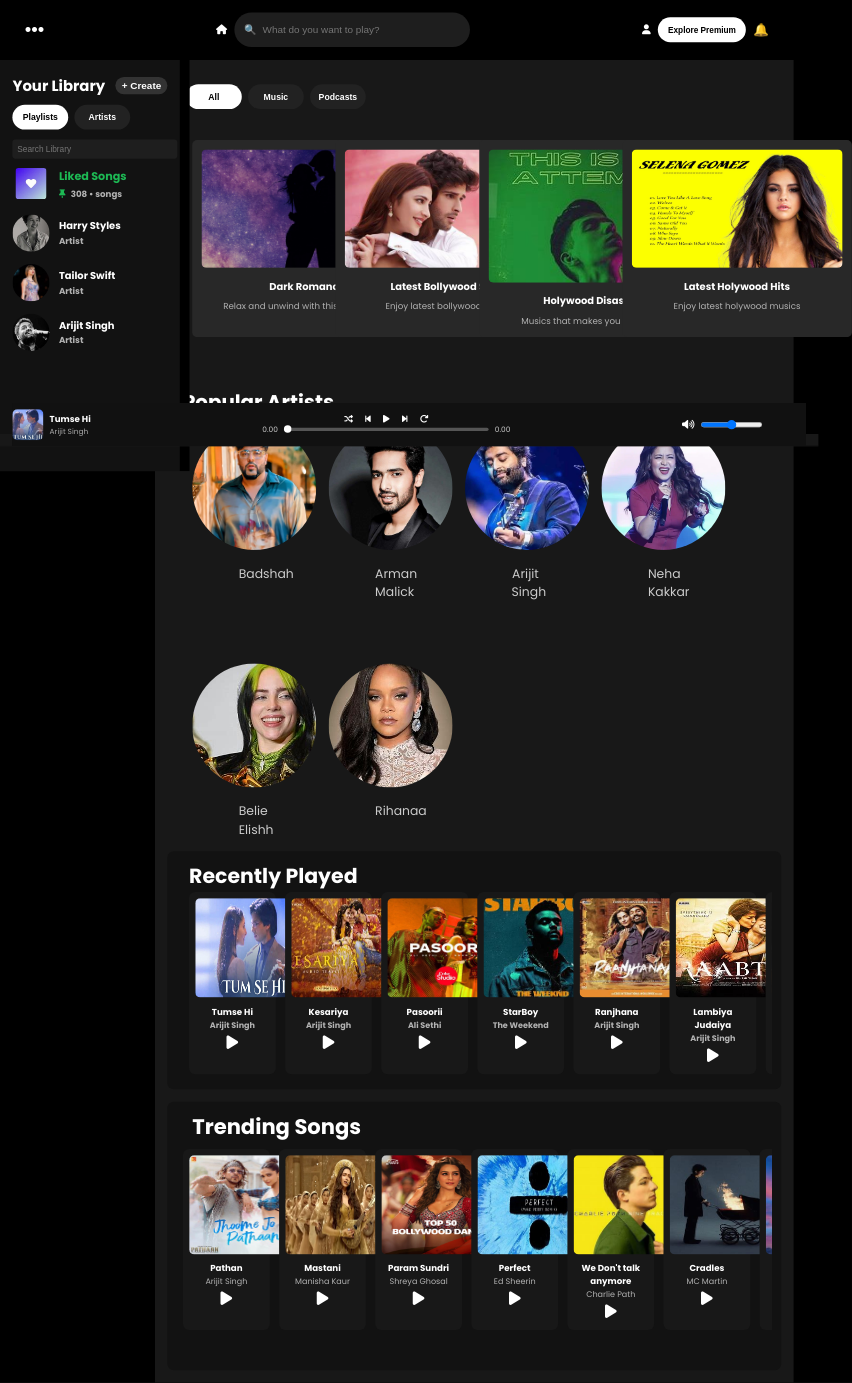
Repository: IshikaSinghRajput/Spotify_Clone
Page: index.html
The author's editor kept a copy of each file at every save. The page is drawn from the files as they stood at one save, then again after the next save.
The browser window is 1280 px wide. The page is 1374 px wide, so the pictures cover 1374 px, including what lies to the right of the window. The pictures show the whole page, at 62% of full size.

Above is the page before, as saved 2025-04-26 16:25:39.

After the next save:
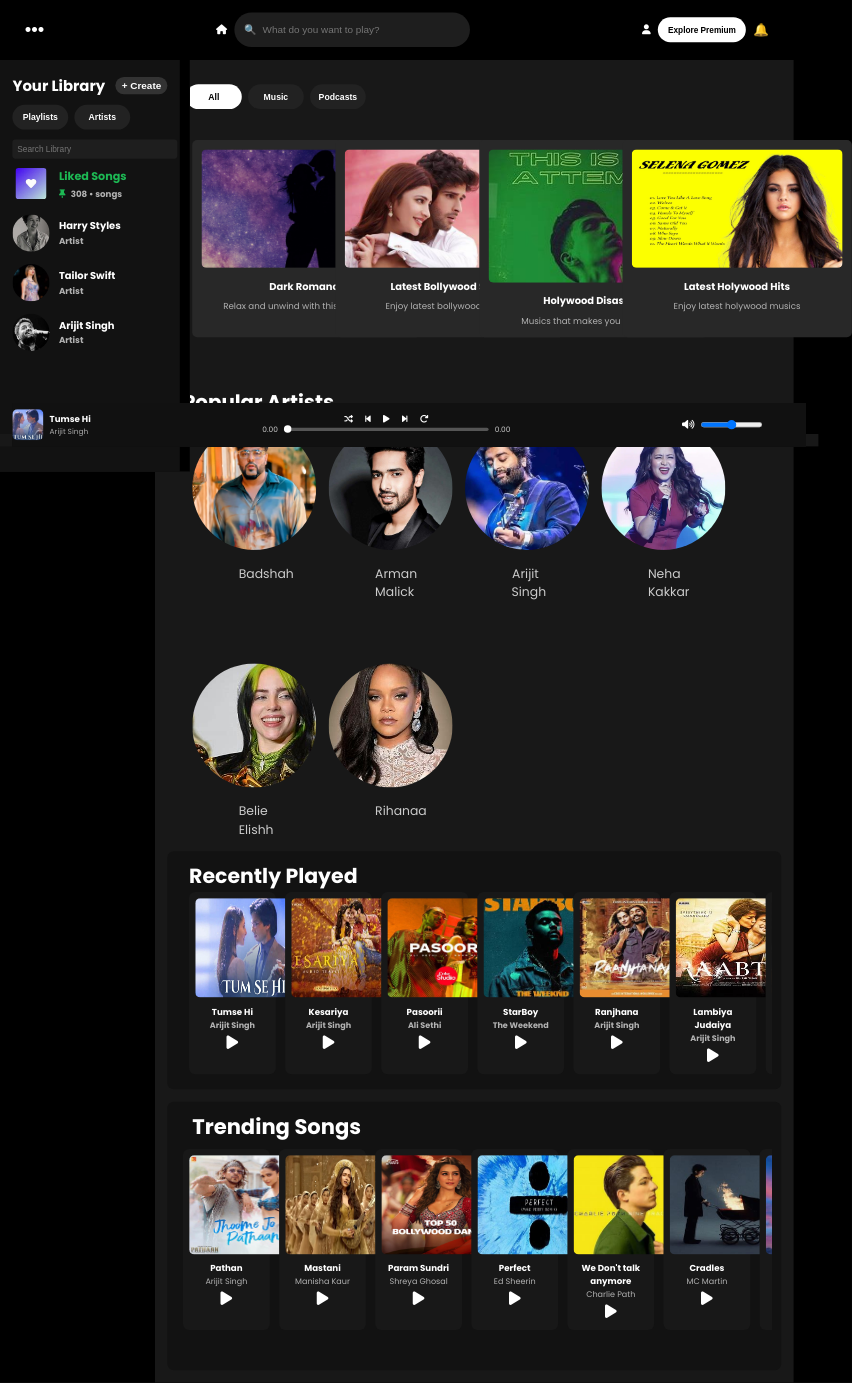
Saved 30 s later.
--- a/index.html
+++ b/index.html
@@ -22,7 +22,7 @@
             <button class="create-btn">+ Create</button>
           </div>
           <div class="library-toggle">
-            <button class="filter-btn active" data-filter="playlists">Playlists</button>
+            <button class="filter-btn" data-filter="playlists">Playlists</button>
             <button class="filter-btn" data-filter="artists">Artists</button>
           </div>
           <input type="text" id="sidebarSearch" placeholder="Search Library" />
--- a/style.css
+++ b/style.css
@@ -465,10 +465,6 @@
     font-size: 14px;
   }
 
-  .filter-btn.active {
-    background-color: white;
-    color: black;
-  }
 
   #sidebarSearch {
     width: 100%;
